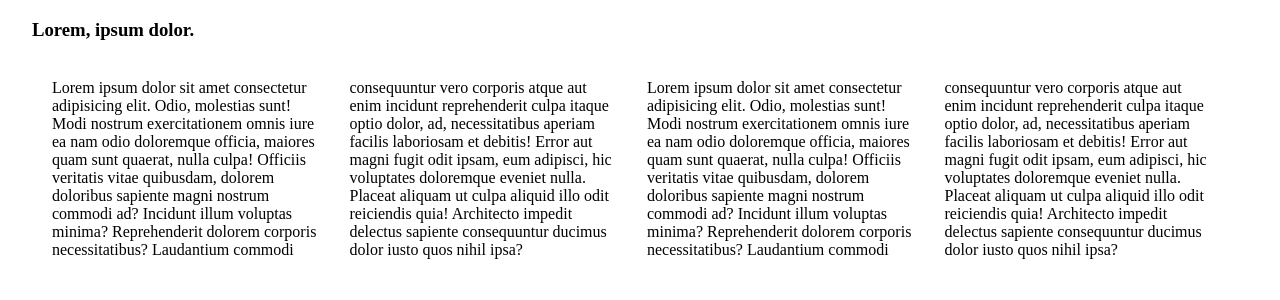
Repository: dinhhaidh/slider-book
Page: index.html
These files come from the project's save history. The page is drawn as it stood at one moment and after a run of saves; the edit follows.
The browser window is 1280 px wide. The pictures show the whole page.

Above is the page before, as saved 2024-01-15 09:35:33.

### index.html
<!DOCTYPE html>
<html lang="en">
<head>
    <meta charset="UTF-8">
    <meta name="viewport" content="width=device-width, initial-scale=1.0">
    <title>Document</title>
</head>
<style>
    .container{
        max-width: 1200px;
        margin-inline: 1.5rem;
    }
    .content{
        columns: 200px 4;
        column-gap: 30px;
        padding: 20px;
    }
    .title{
        column-span: all;
        display: block;
    }
    p{
        margin:  0;
    }
</style>
<body>
    <div class="container">
        <h3 class="title">Lorem, ipsum dolor.</h3>
        <div class="content">
            <p>Lorem ipsum dolor sit amet consectetur adipisicing elit. Odio, molestias sunt! Modi nostrum exercitationem omnis iure ea nam odio doloremque officia, maiores quam sunt quaerat, nulla culpa! Officiis veritatis vitae quibusdam, dolorem doloribus sapiente magni nostrum commodi ad? Incidunt illum voluptas minima? Reprehenderit dolorem corporis necessitatibus? Laudantium commodi consequuntur vero corporis atque aut enim incidunt reprehenderit culpa itaque optio dolor, ad, necessitatibus aperiam facilis laboriosam et debitis! Error aut magni fugit odit ipsam, eum adipisci, hic voluptates doloremque eveniet nulla. Placeat aliquam ut culpa aliquid illo odit reiciendis quia! Architecto impedit delectus sapiente consequuntur ducimus dolor iusto quos nihil ipsa?</p>
            <p>Lorem ipsum dolor sit amet consectetur adipisicing elit. Odio, molestias sunt! Modi nostrum exercitationem omnis iure ea nam odio doloremque officia, maiores quam sunt quaerat, nulla culpa! Officiis veritatis vitae quibusdam, dolorem doloribus sapiente magni nostrum commodi ad? Incidunt illum voluptas minima? Reprehenderit dolorem corporis necessitatibus? Laudantium commodi consequuntur vero corporis atque aut enim incidunt reprehenderit culpa itaque optio dolor, ad, necessitatibus aperiam facilis laboriosam et debitis! Error aut magni fugit odit ipsam, eum adipisci, hic voluptates doloremque eveniet nulla. Placeat aliquam ut culpa aliquid illo odit reiciendis quia! Architecto impedit delectus sapiente consequuntur ducimus dolor iusto quos nihil ipsa?</p>
        </div>
    </div>
</body>
</html>

After the next 4 saves:
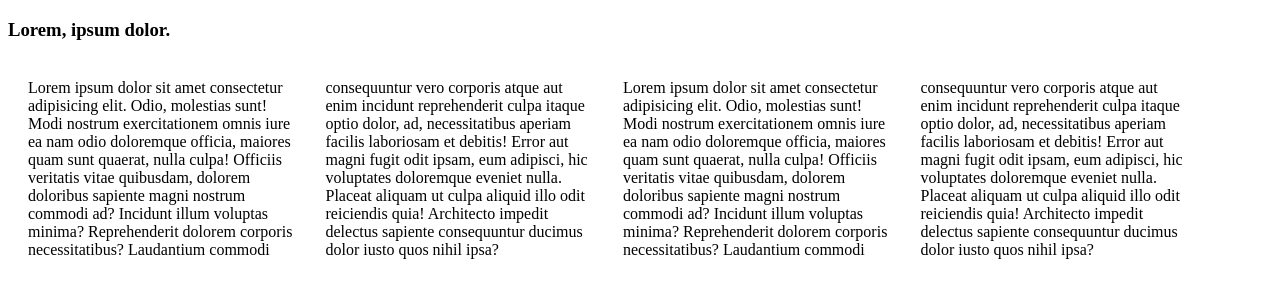
The 4 saves are shown as one change because they came seconds apart.
The last was saved 22 s later.
--- a/index.html
+++ b/index.html
@@ -8,7 +8,7 @@
 <style>
     .container{
         max-width: 1200px;
-        margin-inline: 1.5rem;
+        margin-inline: 0 1.5rem;
     }
     .content{
         columns: 200px 4;

After the save that followed:
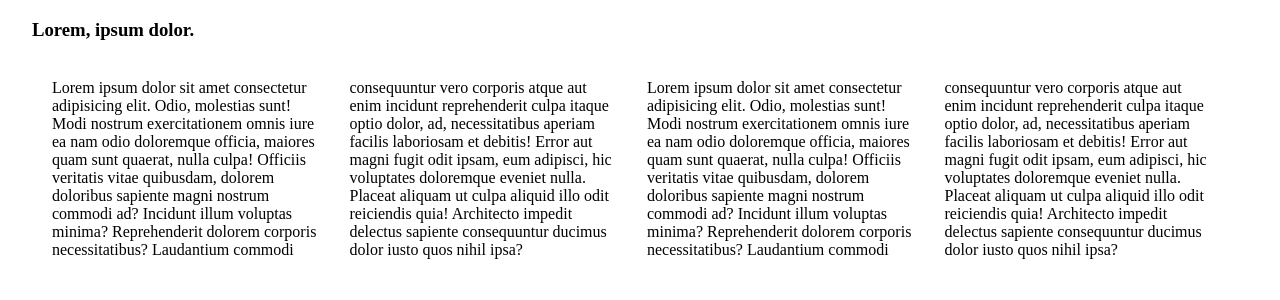
Saved 22 s later.
--- a/index.html
+++ b/index.html
@@ -8,7 +8,7 @@
 <style>
     .container{
         max-width: 1200px;
-        margin-inline: 0 1.5rem;
+        margin-inline:  1.5rem;
     }
     .content{
         columns: 200px 4;
